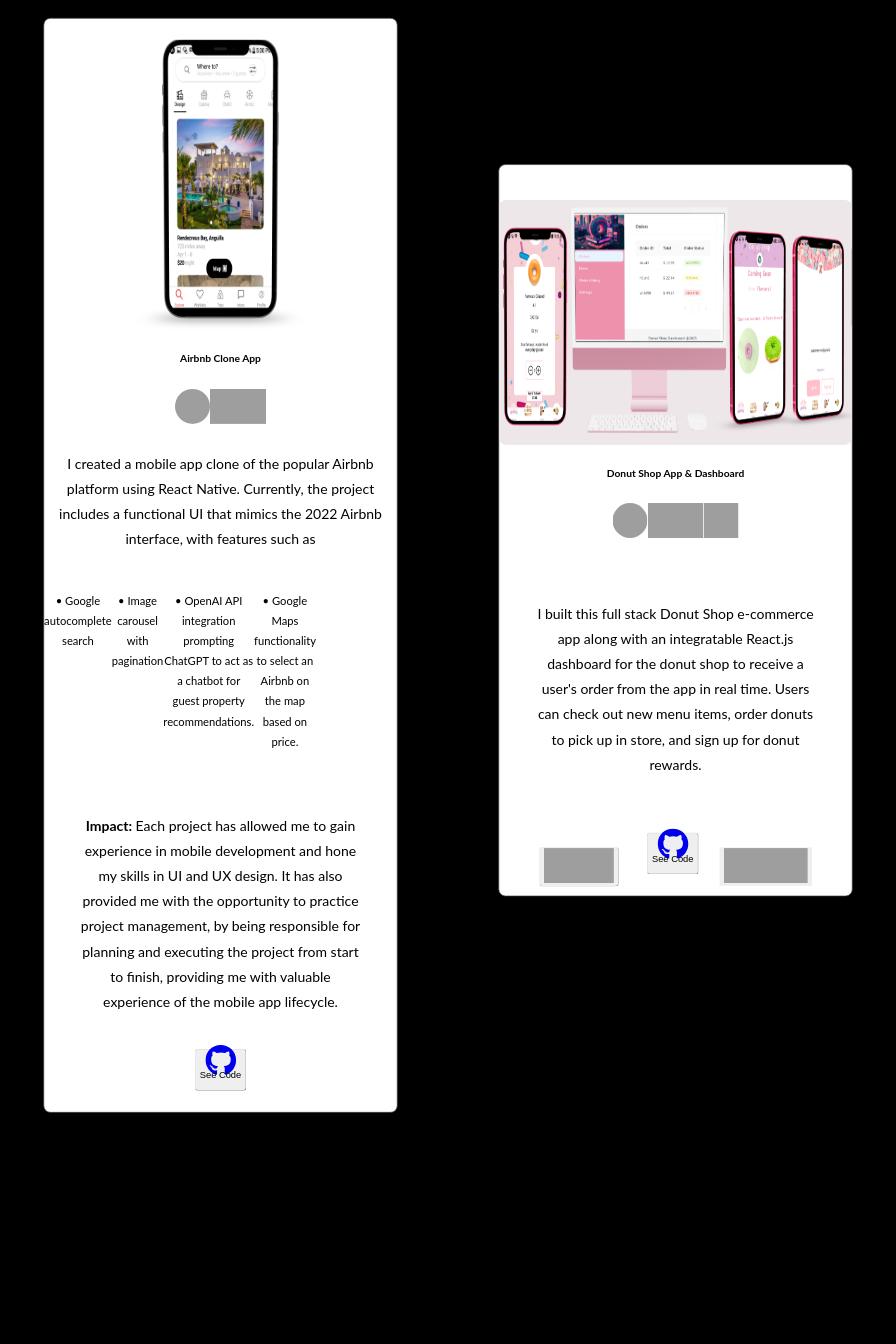
Repository: JamesPesenti/portfolio
Page: /
The author's editor kept a copy of each file at every save. The page is drawn from the files as they stood at one save, then again after the next save.
The browser window is 1280 px wide. The pictures show the part of the page from y = 1701 to 3621 px (the page is 6929 px tall), at 70% of full size.
Pictures or frames that could not be fetched are drawn as grey boxes. The project was rebuilt for these pictures with package versions that can differ from the ones it lists, and the page was loaded fresh each time. Imported but missing from the stored project, and not drawn on this page: src/Components/James Pesenti Resume 2023.pdf.

Above is the page before, as saved 2023-08-28 15:03:23.

After the next save:
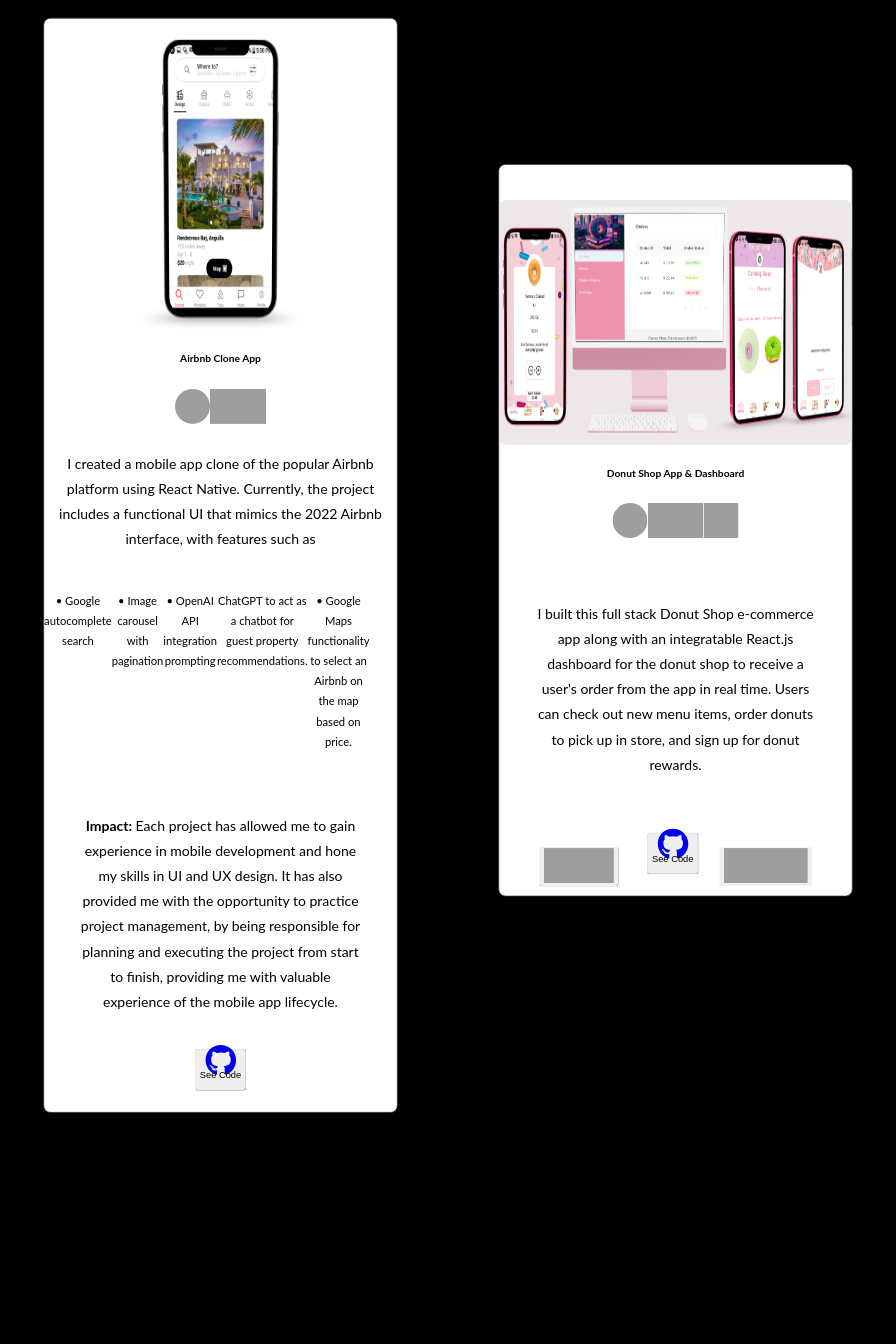
Saved 43 s later.
--- a/src/Components/MyProjects.jsx
+++ b/src/Components/MyProjects.jsx
@@ -28,7 +28,8 @@
            <div style={{display: 'flex', flexDirection: "row", width: "60%"}}>
             <p style={{fontSize: 16}}>&#8226; Google autocomplete search</p>
             <p style={{fontSize: 16}}>&#8226; Image carousel with pagination</p>
-            <p style={{fontSize: 16}}> &#8226; OpenAI API integration prompting ChatGPT to act as a chatbot for guest property recommendations.</p>
+            <p style={{fontSize: 16}}> &#8226; OpenAI API integration prompting</p>
+            <p style={{fontSize: 16}}> ChatGPT to act as a chatbot for guest property recommendations.</p>
             <p style={{fontSize: 16}}> &#8226; Google Maps functionality to select an Airbnb on the map based on price.</p>
             {/* <p style={{fontSize: 20, textAlign: 'center', padding: 40, marginBottom: -60}}>I plan to add additional features and integrate back end functionality in future updates to enhance the user experience and provide a more comprehensive product.</p> */}
             {/* <p style={{fontSize: 20, textAlign: 'center', padding: 30, marginBottom: -80}}><b> Key Skills I learned: </b>React Native, UI design, Google Play and App Store submission process, mobile development, UX design, project management.</p> */}
